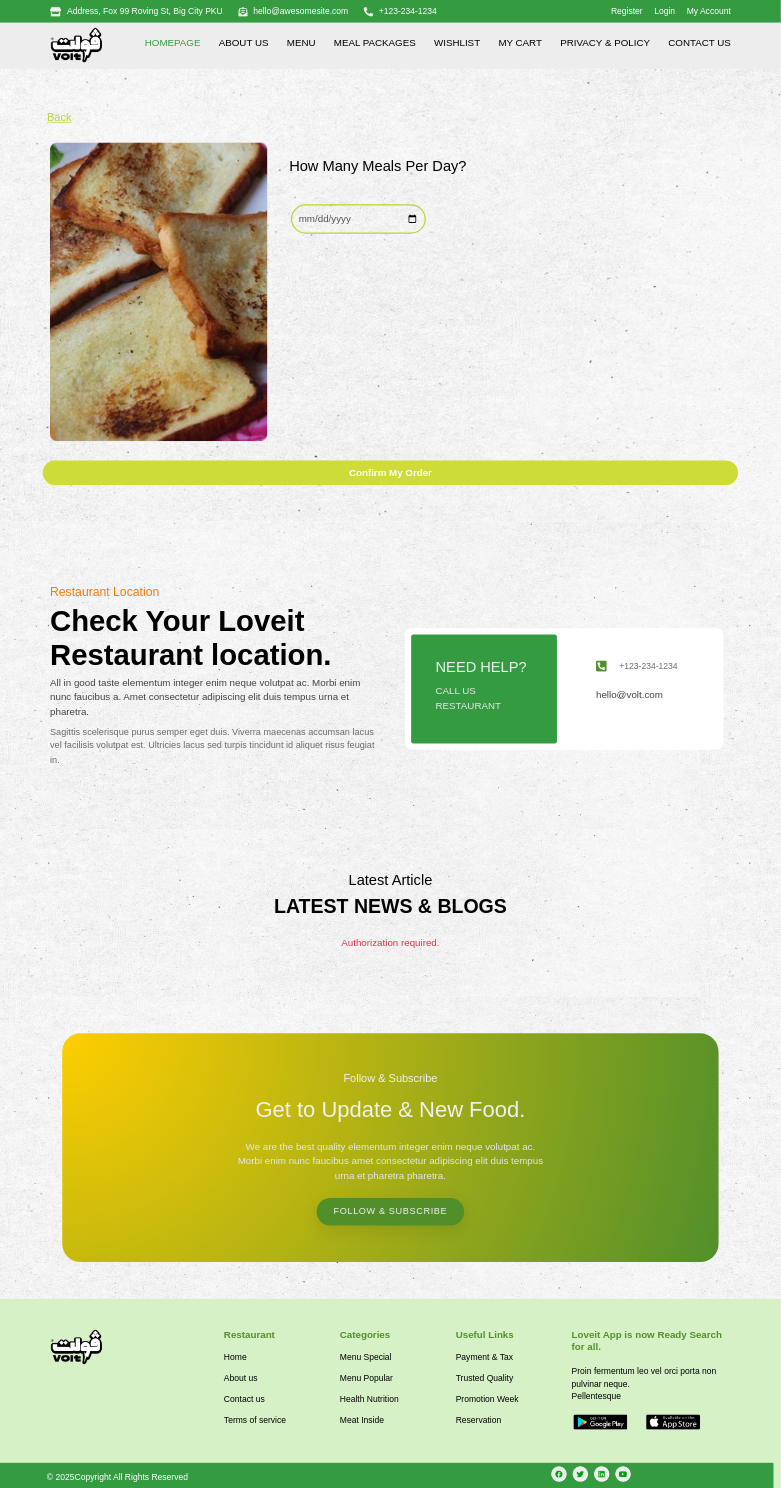
Repository: junivig/volt-new-project
Page: meal-packages-detail.html
The author's editor kept a copy of each file at every save. The page is drawn from the files as they stood at one save, then again after the next save.
The browser window is 1280 px wide. The pictures show the whole page, at 61% of full size.

Above is the page before, as saved 2025-02-26 18:39:44.

### meal-packages-detail.html
<!DOCTYPE html>
<html lang="en">

<head>
  <meta charset="utf-8">
  <meta content="width=device-width, initial-scale=1.0" name="viewport">
  <title>Meal Packages Detail - Voltfood</title>
  <meta name="description" content="">
  <meta name="keywords" content="">

  <!-- Favicons -->
  <link href="assets/img/favicon.png" rel="icon">
  <link href="assets/img/apple-touch-icon.png" rel="apple-touch-icon">

  <!-- Fonts -->
  <link href="https://fonts.googleapis.com" rel="preconnect">
  <link href="https://fonts.gstatic.com" rel="preconnect" crossorigin>
  <link href="https://fonts.googleapis.com/css2?family=Roboto:ital,wght@0,100;0,300;0,400;0,500;0,700;0,900;1,100;1,300;1,400;1,500;1,700;1,900&family=Raleway:ital,wght@0,100;0,200;0,300;0,400;0,500;0,600;0,700;0,800;0,900;1,100;1,200;1,300;1,400;1,500;1,600;1,700;1,800;1,900&family=Ubuntu:ital,wght@0,300;0,400;0,500;0,700;1,300;1,400;1,500;1,700&display=swap" rel="stylesheet">

  <!-- Vendor CSS Files -->
  <link href="assets/vendor/bootstrap/css/bootstrap.min.css" rel="stylesheet">
  <link href="assets/vendor/bootstrap-icons/bootstrap-icons.css" rel="stylesheet">
  <link href="assets/vendor/aos/aos.css" rel="stylesheet">
  <link href="assets/vendor/glightbox/css/glightbox.min.css" rel="stylesheet">
  <link href="assets/vendor/swiper/swiper-bundle.min.css" rel="stylesheet">
  <link href="https://cdn.jsdelivr.net/npm/bootstrap@5.3.0/dist/css/bootstrap.min.css" rel="stylesheet">
    <script src="https://code.jquery.com/jquery-3.6.0.min.js"></script>
    <script src="https://cdn.jsdelivr.net/npm/bootstrap@5.3.0/dist/js/bootstrap.bundle.min.js"></script>
    <script src="https://cdn.jsdelivr.net/npm/flatpickr"></script>

  <!-- Main CSS File -->
  <link href="assets/css/main.css" rel="stylesheet">
  <script src="assets/js/constant.js"></script>
  <!-- Add Axios CDN -->
  <script src="https://cdn.jsdelivr.net/npm/axios/dist/axios.min.js"></script>

  <!-- =======================================================
  * Template Name: eNno
  * Template URL: https://bootstrapmade.com/enno-free-simple-bootstrap-template/
  * Updated: Aug 07 2024 with Bootstrap v5.3.3
  * Author: BootstrapMade.com
  * License: https://bootstrapmade.com/license/
  ======================================================== -->
</head>

<body class="index-page">

  <header id="header" class="header ">
    <div class="container-fluid  top-header">
      <div class="container-xl">
          <div class="row align-items-center">
              <div class="col-md-8 d-flex align-items-center">
                <nav id="navmenu" class="navmenu">
                  <ul>
                <li class="">
                  <img src="assets/img/location-icon.png" alt="Location Icon" class="icon-right">
                  <span class="top-header-text">Address, Fox 99 Roving St, Big City PKU</span>
              </li>
                <li class="">
                  <img src="assets/img/email-icon.png" alt="Email Icon" class="icon-right">
                  <span class="top-header-text">hello@awesomesite.com</span>
              </li>
              <li class="">
                <img src="assets/img/phone-icon.png" alt="Phone Icon" class="icon-right">
                <span class="top-header-text">+123-234-1234</span>
            </li>
                  </ul>
                </nav>
              </div>
              <div class="col-md-4 text-end">
                  <a href="auth.html" >Register</a>
                  <a href="auth.html">Login</a>
                  <a href="my-account.html">My Account</a>
              </div>
          </div>
        </div>
  </div>
    <div class="container-fluid container-xl position-relative d-flex align-items-center">

      <a href="index.html" class="logo d-flex align-items-center me-auto">

        <img src="assets/img/logo.png" alt="Logo Image">
      </a>

      <nav id="navmenu" class="navmenu">
        <ul>
          <li><a href="index.html" class="active">HOMEPAGE</a></li>
          <li><a href="about.html">ABOUT US</a></li>
          <li><a href="menu.html">MENU</a></li>
          <li><a href="meal-packages.html">MEAL PACKAGES</a></li>
          <li><a href="wishlist.html">WISHLIST</a></li>
          <li><a href="cart.html">MY CART</a></li>
          <li><a href="privacy-and-policy.html">PRIVACY & POLICY</a></li>
          <li><a href="contact.html">CONTACT US</a></li>
          <!-- <li class="dropdown"><a href="#"><span>Dropdown</span> <i class="bi bi-chevron-down toggle-dropdown"></i></a>
            <ul>
              <li><a href="#">Dropdown 1</a></li>
              <li class="dropdown"><a href="#"><span>Deep Dropdown</span> <i class="bi bi-chevron-down toggle-dropdown"></i></a>
                <ul>
                  <li><a href="#">Deep Dropdown 1</a></li>
                  <li><a href="#">Deep Dropdown 2</a></li>
                  <li><a href="#">Deep Dropdown 3</a></li>
                  <li><a href="#">Deep Dropdown 4</a></li>
                  <li><a href="#">Deep Dropdown 5</a></li>
                </ul>
              </li>
              <li><a href="#">Dropdown 2</a></li>
              <li><a href="#">Dropdown 3</a></li>
              <li><a href="#">Dropdown 4</a></li>
            </ul>
          </li> -->
        </ul>
        <i class="mobile-nav-toggle d-xl-none bi bi-list"></i>
      </nav>

      <!-- <a class="btn-getstarted" href="index.html#about">Get Started</a> -->

    </div>
  </header>

  <main class="main">


            <!-- Signature Section -->
            <section id="signature" class="signature section light-background bg-image">
              <a href="meal-packages.html"><button class="btn btn-back">Back</button></a>
              <!-- Section Title -->
              <div class="container section-title" data-aos="fade-up">
              </div><!-- End Section Title -->

              <div class="container">
                <div class="row">
                  <div class="col-lg-4 col-md-4 col-sm-12">
                      <img id="package-image" src="assets/img/meal-package-detail-img.png" alt="Meal Image" class="meal-image">
                  </div>
                  <div class="col-lg-8 col-md-8 col-sm-12 px-4">
                      <h2 id="package-title" class="meal-package-detail-heading"></h2>
                      <p id="package-description" class="meal-package-detail-text"></p>
                      <h2 id="package-amount" class="meal-package-detail-heading"> </h2>

                      <div id="menu-days"></div> <!-- Dynamic Menu Days -->

                      <div class="row mt-4">
                        <h4>How Many Meals Per Day?</h4>
                        <div id="meal-options"></div>
                        <br>

                        <div class="date-picker-container mt-3">
                            <input type="date" id="datepicker" placeholder="Select Start Date">
                        </div>
                        <script>
                          // Toggle selection for multiple meal options
                          $(document).ready(function () {
                              $(".meal-option").on("click", function () {
                                  $(this).toggleClass("selected");
                              });



                              // Clicking the calendar icon opens the date picker
                              $(".calendar-icon").on("click", function () {
                                  $("#datepicker").focus();
                              });
                          });
                      </script>
                    </div>
                  </div>
              </div>
                <div class="row mt-4">
                  <button class="btn btn-meal-details mt-2">Confirm My Order </button>
                </div>
              </div>
            </section><!-- /Signature Section -->

<!-- Location Section -->
<section id="about" class="about section bg-image">
<div class="container">
  <div class="row ">

    <div class="col-lg-6 d-flex flex-column justify-content-center" data-aos="fade-up">
      <h4 class="about-us-text">Restaurant Location</h4>
      <h1>Check Your Loveit Restaurant location.</h1>
      <p>All in good taste elementum integer enim neque volutpat ac. Morbi enim nunc
        faucibus a. Amet consectetur adipiscing elit duis tempus urna et pharetra.</p>

        <span class="about-inner-text">Sagittis scelerisque purus semper eget duis. Viverra maecenas accumsan lacus vel
          facilisis volutpat est. Ultricies lacus sed turpis tincidunt id aliquet risus feugiat in.</span>
      </div>
      <div class="col-lg-6 mt-5" data-aos="zoom-out" data-aos-delay="100">
        <div class="container mt-4">
          <div class="inner-features">
          <div class="row gy-4">
            <div class="col-lg-6 d-flex " data-aos="fade-up" data-aos-delay="100">
              <div class="location-item-inner position-relative">
                <div class="row">
                    <h4 class="location-inner-heading">NEED HELP?</h4>
                    <p class="location-inner-text">CALL US RESTAURANT</p>
                </div>
              </div>
            </div><!-- End Call US Item -->

            <div class="col-lg-6 d-flex" data-aos="fade-up" data-aos-delay="100">
              <div class="location-item-inner-two position-relative">
                <div class="row">

                  <div class="">
                    <img src="assets/img/call-icon.png" alt="Location Icon" class="icon-right">
                    <span class="experience-bullet-text">+123-234-1234</span>
                  </div>
                    <p class="features-inner-text mt-4">hello@volt.com</p>
                </div>
              </div>
            </div><!-- End Call US Item -->

          </div>
        </div>
        </div>
      </div>
    </div>
  </div>
</div>

</section><!-- /Experience Section -->


<!-- News Section -->
<section id="news" class="news section light-background bg-image">
  <!-- Section Title -->
  <div class="container section-title" data-aos="fade-up">
    <h4 class="news-us-text">Latest Article</h4>
    <h2>Latest News & Blogs</h2>
  </div>
  <!-- End Section Title -->
  <div class="container news-container" id="news-container">
    <div class="row gy-4" >
        <!-- Dynamic news will be injected here -->
    </div>
</div>
</section><!-- /News Section -->


<script>
 document.addEventListener("DOMContentLoaded", async function () {
    if (typeof apiBaseUrl === "undefined") {
        console.error("❌ apiBaseUrl is not defined!");
        return;
    }

    const apiUrl = `${apiBaseUrl}packages`;
    const params = new URLSearchParams(window.location.search);
    const packageId = params.get("id");

    // Get token from localStorage
    const token = localStorage.getItem("accessToken");

    if (!packageId) {
        console.error("❌ No package ID found in the URL.");
        return;
    }

    if (!token) {
        console.error("❌ No auth token found.");
        return;
    }

    try {
        const response = await fetch(`${apiUrl}/${packageId}`, {
            headers: {
                "Content-Type": "application/json",
                "Accept": "application/json",
                "Authorization": `Bearer ${token}`
            }
        });

        const responseData = await response.json();
        console.log("📦 Package Data:", responseData);

        if (!response.ok) {
            throw new Error(responseData.message || "Failed to fetch package details");
        }

        const packageInfo = responseData?.data?.package;
        if (!packageInfo) {
            console.warn("⚠️ No package data available.");
            return;
        }

        // Safely update package details
        const titleElement = document.getElementById("package-title");
if (titleElement) {
    titleElement.innerHTML = `<h2>${packageInfo.title || "No title available"}</h2>`;

    const amountElement = document.getElementById("package-amount");
if (amountElement) {
  amountElement.innerHTML = `<h4>Price: SR${packageInfo.amount || "No amount available"}</h4>`;
}
}

        const descriptionElement = document.getElementById("package-description");
        if (descriptionElement) descriptionElement.innerText = packageInfo.description || "No description available";

        const imageElement = document.getElementById("package-image");
if (imageElement) {
    imageElement.src = packageInfo.image ? `${imgBaseUrl}${packageInfo.image}` : "default-image.jpg";
    imageElement.alt = packageInfo.title || "Package Image";
}

        const mealOptionsElement = document.getElementById("meal-options");
        if (mealOptionsElement) {
            mealOptionsElement.innerHTML = packageInfo.meals_per_day
                ? `<span class="meal-option">${packageInfo.meals_per_day} Meals Per Day</span>`
                : `<span class="meal-option">Meals info unavailable</span>`;
        }

        // Show Menu Days
        const menuDaysElement = document.getElementById("menu-days");
        if (menuDaysElement && packageInfo.menu_days) {
            let menuHtml = "";
            packageInfo.menu_days.forEach(day => {
                menuHtml += `
                    <div class="menu-day">
                        <h3 class="meal-package-detail-heading" >${day.day}</h3>
                        <ul class="meal-package-detail-text">
                            <li><strong>Breakfast:</strong> ${day.breakfast || 'N/A'}</li>
                            <li><strong>Lunch:</strong> ${day.lunch || 'N/A'}</li>
                            <li><strong>Dinner:</strong> ${day.dinner || 'N/A'}</li>
                        </ul>
                    </div>
                `;
            });
            menuDaysElement.innerHTML = menuHtml;
        }
    } catch (error) {
        console.error("🔥 Error fetching package data:", error.message);
    }
});

</script>


<!-- API News & Testimonial Implementation -->
<script>
  document.addEventListener("DOMContentLoaded", async function () {
      const token = localStorage.getItem("accessToken");

      // API URLs
      const newsApiUrl = `${apiBaseUrl}news`;
      const testimonialsApiUrl = `${apiBaseUrl}testimonials`;

      // DOM Elements
      const newsContainer = document.getElementById("news-container")?.querySelector(".row");
      const testimonialWrapper = document.getElementById("testimonial-wrapper");

      // Ensure containers exist
      if (!newsContainer) console.error("Error: news-container not found.");
      if (!testimonialWrapper) console.error("Error: testimonial-wrapper not found.");

      // Fetch Data Function
      async function fetchData(url, container, renderFunction) {
          try {
              if (!token) {
                  console.error("Error: No access token found!");
                  container.innerHTML = "<p class='text-center text-danger'>Authorization required.</p>";
                  return;
              }

              const response = await fetch(url, {
                  method: "GET",
                  headers: {
                      "Content-Type": "application/json",
                      "Accept": "application/json",
                      "Authorization": `Bearer ${token}`
                  }
              });

              const data = await response.json();
              if (data.status === 200) {
                  renderFunction(data.data);
              } else {
                  console.error("Failed to fetch data:", data.message);
                  container.innerHTML = "<p>Unable to load content at the moment.</p>";
              }
          } catch (error) {
              console.error("Error fetching data:", error);
              container.innerHTML = "<p>An error occurred while loading content.</p>";
          }
      }

      // Render News Function
      function renderNews(newsData) {
          newsContainer.innerHTML = "";
          newsData.news.forEach(item => {
              const newsHtml = `
                  <div class="col-lg-4 col-md-4 col-sm-12 mb-4">
                      <div class="news-item position-relative">
                          <div>     <img src="${imgBaseUrl}${item.image}"  alt="${item.title}"   style="width: 100%;"></div>
                          <div class="mt-3 px-3">
                              <img src="assets/img/calendar-icon.png" alt="Calendar Icon" class="icon-right">
                              <span class="news-date-text">March 17, 2022</span>
                          </div>
                          <h3 class="px-3 mt-2">${item.name}</h3>
                          <p class="px-3 mt-2">${item.description.substring(0, 150)}...</p>
                      </div>
                  </div>
              `;
              newsContainer.insertAdjacentHTML("beforeend", newsHtml);
          });
      }

      // Render Testimonials Function
      function renderTestimonials(testimonialsData) {
          testimonialWrapper.innerHTML = "";
          testimonialsData.testimonials.forEach(testimonial => {
              const testimonialHtml = `
                  <div class="swiper-slide">
                      <div class="testimonial-item">
                          <div class="testimonial-item-bg">
                              <p>
                                  <img src="assets/img/testimonials/testimonial-symbol.png" class="image-fluid" alt="">
                                  <br><br>
                                  <span>${testimonial.description}</span>
                              </p>
                          </div>
                          <img src="${imgBaseUrl}${testimonial.image}"  alt="${testimonial.title}" style="margin-top:-30px;" >
                          <h3>${testimonial.name}</h3>
                          <h4>${testimonial.designation}</h4>
                      </div>
                  </div>
              `;
              testimonialWrapper.insertAdjacentHTML("beforeend", testimonialHtml);
          });

          // Reinitialize Swiper
          new Swiper(".init-swiper", {
              loop: true,
              speed: 600,
              autoplay: { delay: 5000 },
              slidesPerView: 3,
              spaceBetween: 40,
              pagination: {
                  el: ".swiper-pagination",
                  type: "bullets",
                  clickable: true
              },
              breakpoints: {
                  320: { slidesPerView: 1, spaceBetween: 20 },
                  768: { slidesPerView: 2, spaceBetween: 30 },
                  1200: { slidesPerView: 3, spaceBetween: 40 }
              }
          });
      }

      // Fetch News & Testimonials
      if (newsContainer) fetchData(newsApiUrl, newsContainer, renderNews);
      if (testimonialWrapper) fetchData(testimonialsApiUrl, testimonialWrapper, renderTestimonials);
  });
</script>

  </main>

 <!-- /Subscribe Footer Section -->
  <!-- Footer will be loaded here -->
  <div id="footer-placeholder"></div>

  <script>
    // Load footer.html into the placeholder div
    fetch("footer.html")
        .then(response => response.text())
        .then(data => {
            document.getElementById("footer-placeholder").innerHTML = data;
        })
        .catch(error => console.error("Error loading footer:", error));
</script>

  <!-- Scroll Top -->
  <a href="#" id="scroll-top" class="scroll-top d-flex align-items-center justify-content-center"><i class="bi bi-arrow-up-short"></i></a>

  <!-- Preloader -->
  <div id="preloader"></div>

  <!-- Vendor JS Files -->
  <script src="assets/vendor/bootstrap/js/bootstrap.bundle.min.js"></script>
  <script src="assets/vendor/php-email-form/validate.js"></script>
  <script src="assets/vendor/aos/aos.js"></script>
  <script src="assets/vendor/glightbox/js/glightbox.min.js"></script>
  <script src="assets/vendor/purecounter/purecounter_vanilla.js"></script>
  <script src="assets/vendor/imagesloaded/imagesloaded.pkgd.min.js"></script>
  <script src="assets/vendor/isotope-layout/isotope.pkgd.min.js"></script>
  <script src="assets/vendor/swiper/swiper-bundle.min.js"></script>

  <!-- Main JS File -->
  <script src="assets/js/main.js"></script>

</body>

</html>

Loaded but not shown: assets/vendor/bootstrap/css/bootstrap.min.css (library); assets/vendor/bootstrap-icons/bootstrap-icons.css (library); assets/vendor/aos/aos.css (library); assets/vendor/glightbox/css/glightbox.min.css (library); assets/vendor/swiper/swiper-bundle.min.css (library); assets/vendor/bootstrap/js/bootstrap.bundle.min.js (library); assets/vendor/php-email-form/validate.js (common file); assets/vendor/aos/aos.js (library); assets/vendor/glightbox/js/glightbox.min.js (library); assets/vendor/purecounter/purecounter_vanilla.js (library); assets/vendor/imagesloaded/imagesloaded.pkgd.min.js (library); assets/vendor/isotope-layout/isotope.pkgd.min.js (library); assets/vendor/swiper/swiper-bundle.min.js (library); assets/js/main.js (209 lines, source omitted); assets/js/constant.js (3 lines, source omitted); assets/css/main.css (2883 lines, source omitted); footer.html (93 lines, source omitted)

After the next save:
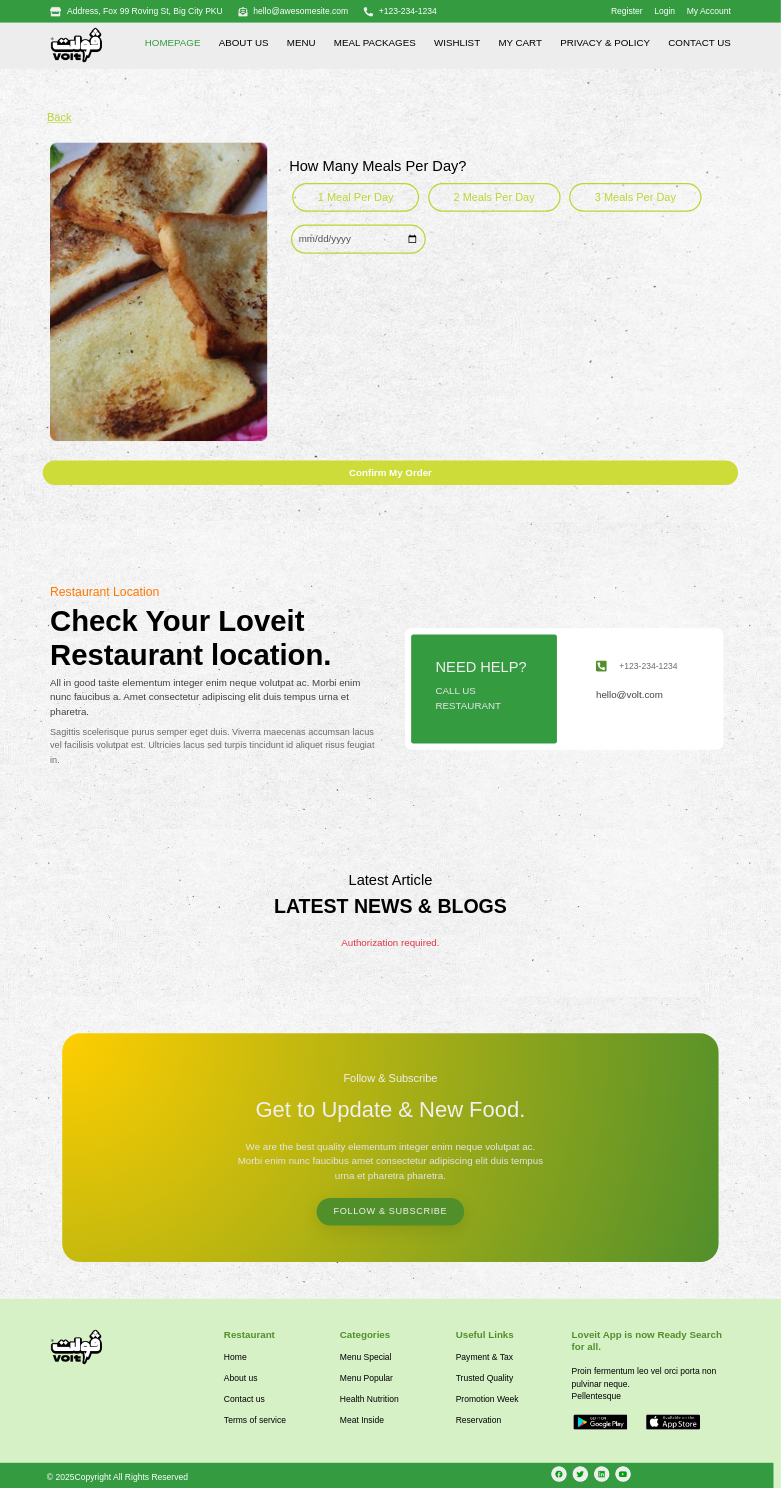
Saved 13 min 44 s later.
--- a/meal-packages-detail.html
+++ b/meal-packages-detail.html
@@ -142,28 +142,34 @@
 
                       <div class="row mt-4">
                         <h4>How Many Meals Per Day?</h4>
-                        <div id="meal-options"></div>
+                        <div id="meal-options">
+                            <span class="meal-option" data-value="1 Meal Per Day">1 Meal Per Day</span>
+                            <span class="meal-option" data-value="2 Meals Per Day">2 Meals Per Day</span>
+                            <span class="meal-option" data-value="3 Meals Per Day">3 Meals Per Day</span>
+                        </div>
+
                         <br>
 
                         <div class="date-picker-container mt-3">
-                            <input type="date" id="datepicker" placeholder="Select Start Date">
+                          <input type="date" id="datepicker" placeholder="Select Start Date" >
                         </div>
+
                         <script>
-                          // Toggle selection for multiple meal options
-                          $(document).ready(function () {
-                              $(".meal-option").on("click", function () {
-                                  $(this).toggleClass("selected");
-                              });
-
-
-
-                              // Clicking the calendar icon opens the date picker
-                              $(".calendar-icon").on("click", function () {
-                                  $("#datepicker").focus();
-                              });
-                          });
-                      </script>
-                    </div>
+                            // Toggle selection for multiple meal options
+                            $(document).ready(function () {
+                                $(".meal-option").on("click", function () {
+                                    $(this).toggleClass("selected");
+                                });
+
+
+
+                                // Clicking the calendar icon opens the date picker
+                                $(".calendar-icon").on("click", function () {
+                                    $("#datepicker").focus();
+                                });
+                            });
+                        </script>
+                      </div>
                   </div>
               </div>
                 <div class="row mt-4">
